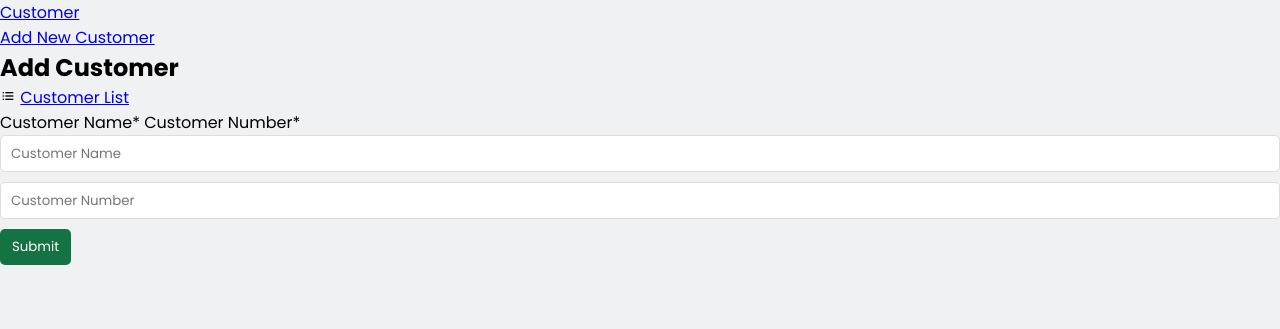
Repository: codebyaddro/customer-page
Page: pages/html/ancus.html
These files come from the project's save history. The page is drawn as it stood at one moment and after a run of saves; the edit follows.
The browser window is 1280 px wide. The pictures show the whole page.

Above is the page before, as saved 2025-02-20 15:08:21.

After the next 3 saves:
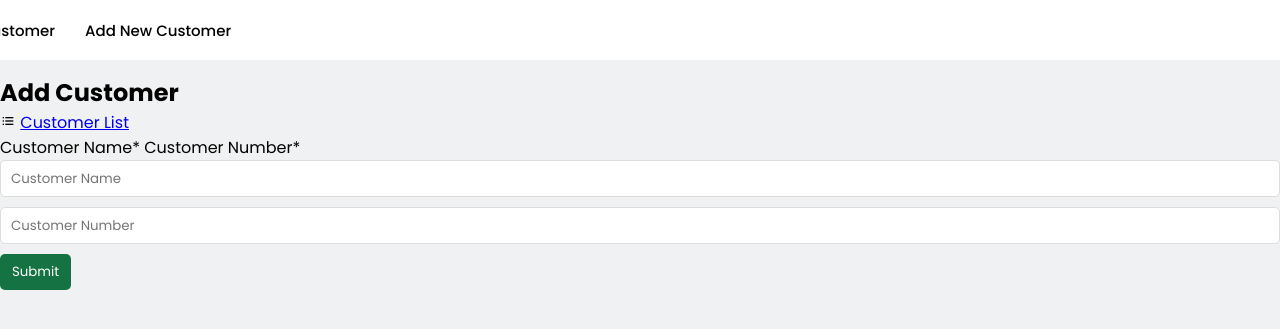
The 3 saves are shown as one change because they came seconds apart.
The last was saved 17 s later.
--- a/pages/css/ancus.css
+++ b/pages/css/ancus.css
@@ -42,7 +42,7 @@
 
 /* -- top menus style--  */
 
-.top-menus {
+.cba-ancus-top-menus {
     background-color: var(--white);
     display: flex;
     justify-content: left;
@@ -51,14 +51,14 @@
     margin-bottom: 15px;
 }
 
-.top-menus ul {
+.cba-ancus-top-menus ul {
     list-style-type: none;
     display: flex;
     gap: 30px;
     margin-left: -20px;
 }
 
-.top-menus ul li a {
+.cba-ancus-top-menus ul li a {
     text-decoration: none;
     color: var(--black);
     font-size: 15px;
